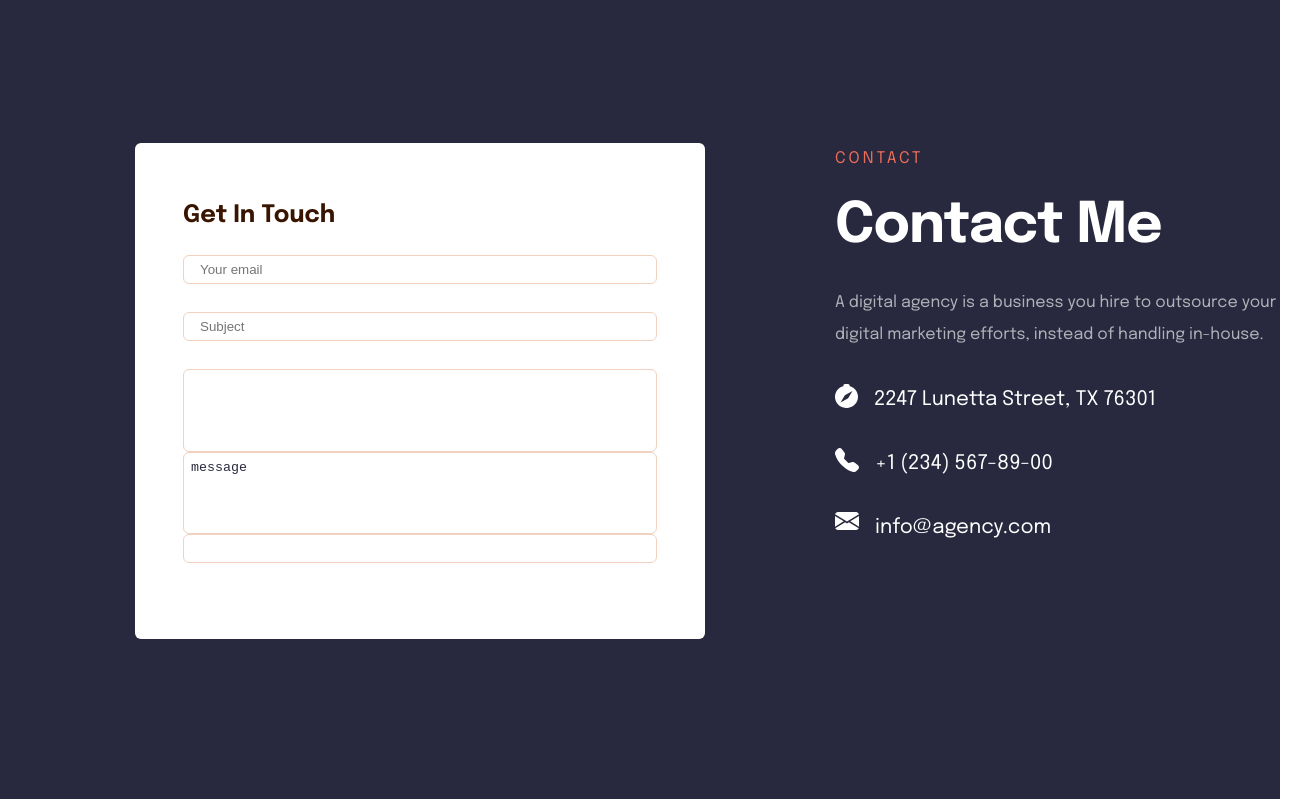
Repository: FaridRustamov09/task20
Page: index.html
These files come from the project's save history. The page is drawn as it stood at one moment and after the next save; the edit follows.
The browser window is 1280 px wide. The page is 1305 px wide, so the pictures cover 1305 px, including what lies to the right of the window. The pictures show the whole page.

Above is the page before, as saved 2024-01-13 14:33:09.

### index.html
<!DOCTYPE html>
<html lang="en">
  <head>
    <meta charset="UTF-8" />
    <meta name="viewport" content="width=device-width, initial-scale=1.0" />
    <title>Document</title>
    <link rel="stylesheet" href="index.css" />
  </head>
  <body>
    <div class="container">
      <div class="login">
        <b>Get In Touch</b>
        <input type="email" placeholder="Your email" />
        <!-- <label for="Subject">
      <select name="Subject" id="">
        <option value="Baku">Baku</option>
        <option value="Istanbul">Istanbul</option>
      </select>
      </label> -->
        <input type="text" placeholder="Subject" />
        <textarea name="" id=""  placeholder="Message" >
        </textarea>
        <textarea name="" id="" placeholder="message"></textarea>
        <input class="button" type="button" placeholder="Submit Now" />
      </div>
      <div class="left-box">
        <h2>Contact</h2>
        <h1>Contact Me</h1>
        <p>
          A digital agency is a business you hire to outsource your digital
          marketing efforts, instead of handling in-house.
        </p>
        <ul>
          <li>
            <svg
              xmlns="http://www.w3.org/2000/svg"
              width="23"
              height="24"
              viewBox="0 0 23 24"
              fill="none"
            >
              <path
                fill-rule="evenodd"
                clip-rule="evenodd"
                d="M12.5128 23.9559C18.4476 23.4434 22.9991 18.5852 23 12.7619C22.9992 7.68681 19.5202 3.24133 14.5089 1.91219C14.6419 1.45966 14.5495 0.972375 14.2595 0.596433C13.9696 0.220491 13.5157 -0.000396111 13.034 0H9.9675C9.4858 -0.000396111 9.03192 0.220491 8.74193 0.596433C8.45195 0.972375 8.35958 1.45966 8.49253 1.91219C2.74205 3.43556 -0.865618 8.99957 0.179927 14.7325C1.22547 20.4654 6.57793 24.4683 12.5128 23.9559ZM17.4618 6.91176L17.465 6.90994L17.462 6.91144L17.4618 6.91176ZM17.4618 6.91176L9.87551 11.1479L5.53646 18.5674L13.126 14.3294L17.4618 6.91176Z"
                fill="white"
              />
            </svg>
            <h3>2247 Lunetta Street, TX 76301</h3>
          </li>
          <li>
            <svg
              xmlns="http://www.w3.org/2000/svg"
              width="24"
              height="24"
              viewBox="0 0 24 24"
              fill="none"
            >
              <path
                fill-rule="evenodd"
                clip-rule="evenodd"
                d="M2.82812 0.765296C3.35902 0.235151 4.09188 -0.0416708 4.84066 0.0050961C5.58945 0.051863 6.28217 0.417722 6.743 1.00981L9.43541 4.46897C9.92889 5.10349 10.1029 5.93003 9.9079 6.71007L9.08742 9.99522C9.00114 10.3413 9.10245 10.7073 9.35441 10.9598L13.0398 14.6454C13.2925 14.8979 13.6592 14.9993 14.0058 14.9124L17.2892 14.0919C18.0691 13.8969 18.8953 14.0711 19.5301 14.5644L22.989 17.2555C24.2324 18.2231 24.3464 20.0607 23.2335 21.1722L21.6825 22.7233C20.5726 23.8333 18.9136 24.3209 17.3672 23.7763C13.4091 22.3836 9.81531 20.1174 6.85249 17.146C3.88152 14.1834 1.61557 10.5899 0.222699 6.63206C-0.320284 5.08699 0.167201 3.42642 1.27717 2.31637L2.82812 0.765296Z"
                fill="white"
              />
            </svg>
            <h3>+1 (234) 567-89-00</h3>
          </li>
          <li>
            <svg
              xmlns="http://www.w3.org/2000/svg"
              width="24"
              height="18"
              viewBox="0 0 24 18"
              fill="none"
            >
              <path
                fill-rule="evenodd"
                clip-rule="evenodd"
                d="M3 0C1.60024 -9.42171e-05 0.386447 0.967828 0.075 2.3325L12 9.621L23.925 2.3325C23.6136 0.967828 22.3998 -9.42171e-05 21 0H3ZM0 14.7015V4.0455L8.7045 9.3645L0 14.7015ZM10.1415 10.245L0.2865 16.2855C0.78351 17.3335 1.84012 18.0011 3 18H21C22.1597 18.0003 23.2157 17.3321 23.712 16.284L13.857 10.2435L12 11.379L10.1415 10.2435V10.245ZM24 14.7015L15.2955 9.366V9.3645L24 4.0455V14.7015Z"
                fill="white"
              />
            </svg>
            <h3>info@agency.com</h3>
          </li>
        </ul>
      </div>
    </div>
  </body>
</html>

### index.css
@import url('https://fonts.googleapis.com/css2?family=Epilogue:ital,wght@0,400;0,700;1,800&family=Inter:wght@400;500;600;700&family=Roboto+Slab:wght@400;700&display=swap');
* {
  margin: 0;
  padding: 0;
  box-sizing: border-box;
}
.container {
  padding: 143px 135px 160px 135px;
  background-color: #28293e;
  min-height: 100vh;
  display: flex;
}
.login {
  width: 570px;
  height: 496px;
  border-radius: 6px;
  background: #fff;
  display: flex;
  flex-direction: column;
  padding: 57px 48px 48px 48px;
}
.login b {
  color: var(--Text_Dark, #391400);
  font-feature-settings: "clig" off, "liga" off;
  font-family: Epilogue;
  font-size: 24px;
  font-style: normal;
  font-weight: 700;
  line-height: 32px;
  margin-bottom: 23px;
}
.login input {
  width: 474px;
  height: 48px;
  border-radius: 6px;
  border: 1px solid #f3d1bf;
  background: #fff;
  margin-bottom: 28px;
  padding-left: 16px;
}
textarea {
  width: 474px;
  height: 128px;
  border-radius: 6px;
  border: 1px solid #f3d1bf;
  background: #fff;
  resize: none;
  padding: 7px;
}
textarea::placeholder{
color: #28293e;
}
.button {
  width: 154px;
  height: 48px;
  border-radius: 6px;
  background: #ef6d58;
}
.left-box {
  margin-left: 130px;
}
.left-box h2 {
  color: var(--Text_Light_Accent, #ef6d58);
  font-feature-settings: "clig" off, "liga" off;
  font-family: Epilogue;
  font-size: 16px;
  font-style: normal;
  font-weight: 400;
  line-height: 32px;
  letter-spacing: 3px;
  text-transform: uppercase;
  margin-bottom: 20px;
}
.left-box h1 {
  color: var(--Text_Light, #fff);
  font-feature-settings: "clig" off, "liga" off;
  font-family: Epilogue;
  font-size: 56px;
  font-style: normal;
  font-weight: 800;
  line-height: 64px;
  letter-spacing: -1px;
  margin-bottom: 28px;
}
.left-box p {
  width: 470px;
  color: var(--Text_Light_Gray, rgba(255, 255, 255, 0.64));
  font-feature-settings: "clig" off, "liga" off;
  font-family: Epilogue;
  font-size: 16px;
  font-style: normal;
  font-weight: 400;
  line-height: 32px;
  margin-bottom: 33px;
}
ul{
display: flex;
flex-direction: column;
}
li{
list-style-type: none;
display: flex;
}
.left-box ul li h3{
    color: var(--Text_Light, #FFF);
    font-feature-settings: 'clig' off, 'liga' off;
    font-family: Epilogue;
    font-size: 20px;
    font-style: normal;
    font-weight: 400;
    line-height: 32px;
    margin-left: 16px;
    margin-bottom: 32px;
}

After the next save:
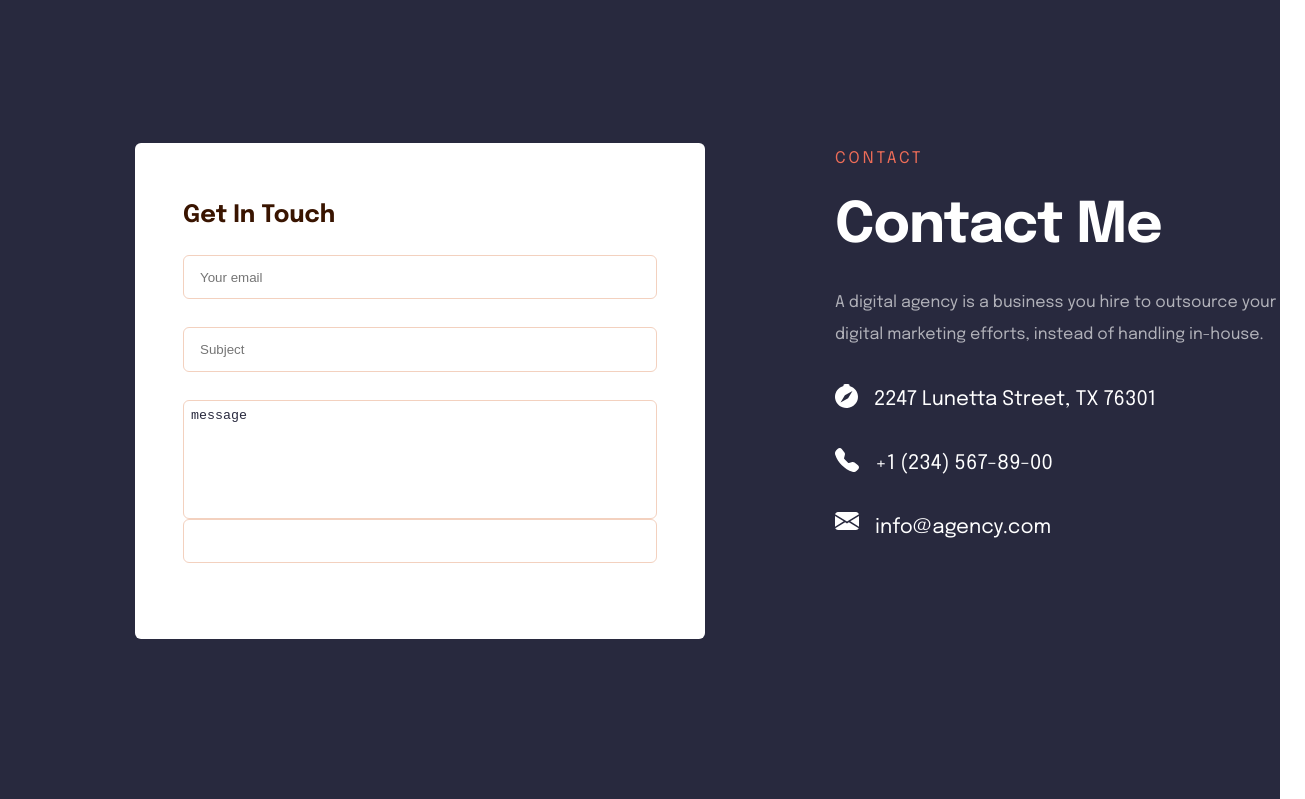
Saved 99 s later.
--- a/index.html
+++ b/index.html
@@ -18,8 +18,8 @@
       </select>
       </label> -->
         <input type="text" placeholder="Subject" />
-        <textarea name="" id=""  placeholder="Message" >
-        </textarea>
+        <!-- <textarea name="" id=""  placeholder="Message" >
+        </textarea> -->
         <textarea name="" id="" placeholder="message"></textarea>
         <input class="button" type="button" placeholder="Submit Now" />
       </div>

After the 2 saves that followed:
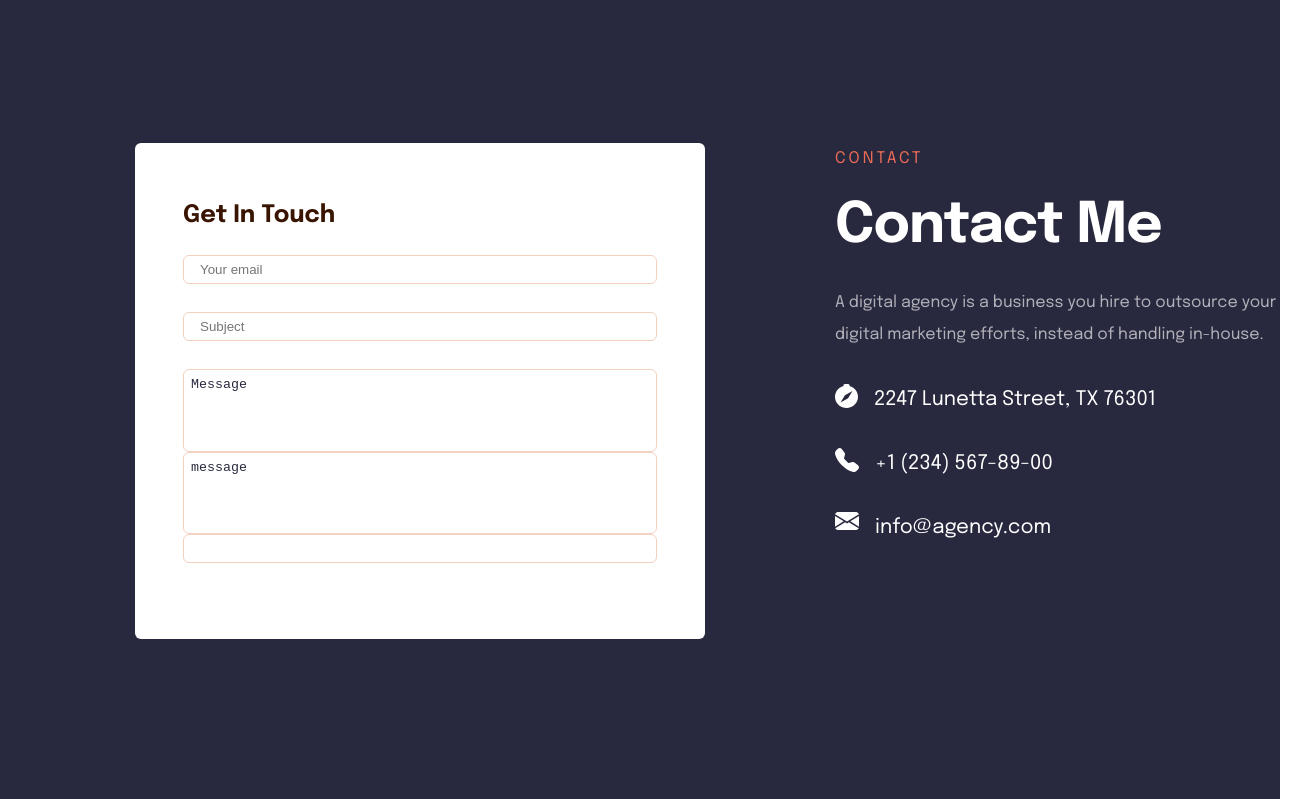
The 2 saves are shown as one change because they came seconds apart.
The last was saved 18 s later.
--- a/index.html
+++ b/index.html
@@ -18,8 +18,7 @@
       </select>
       </label> -->
         <input type="text" placeholder="Subject" />
-        <!-- <textarea name="" id=""  placeholder="Message" >
-        </textarea> -->
+        <textarea name="" id=""  placeholder="Message" ></textarea>
         <textarea name="" id="" placeholder="message"></textarea>
         <input class="button" type="button" placeholder="Submit Now" />
       </div>
